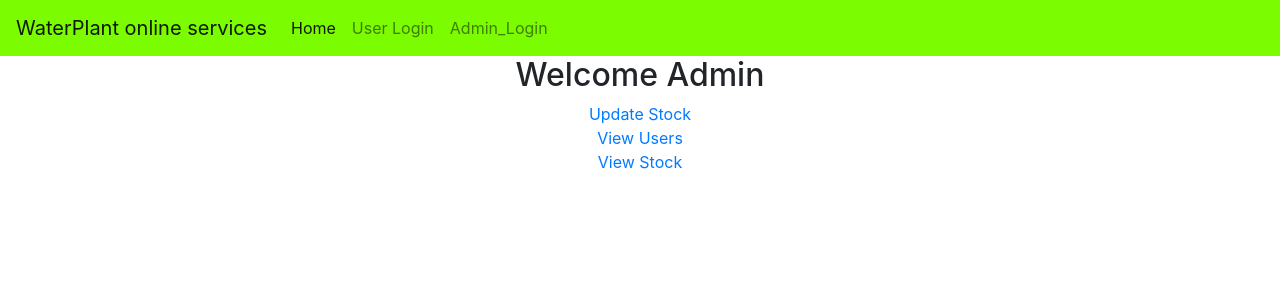
Repository: SHARMILAG97/WebApplication
Page: http://localhost/waterplant_web/admin.jsp
The author's editor kept a copy of each file at every save. The page is drawn from the files as they stood at one save, then again after the next save.
The browser window is 1280 px wide. The pictures show the whole page.
The page is served by Tomcat 9. Other server files are loaded and not shown.

Above is the page before, as saved 2019-09-18 08:48:54.
Console error: TypeError: Cannot read properties of undefined (reading 'fn')

### waterplant_web/src/main/webapp/admin.jsp
<html>
<head>
<title>Admin</title>

<link rel="stylesheet" href="css/bootstrap.min.css">
<script src="js/bootstrap.min.js"></script>

</head>
<body style="text-align:center">
<jsp:include page="headers.jsp"></jsp:include>
<h2>Welcome Admin</h2>
<form >

<div class="container-fluid">
        <div class="row">
            <div class="col">
<a href="updatestock.jsp">Update Stock</a> <br/>
	<a href="viewusers.jsp">View Users</a> <br/>
	<a href="viewstock.jsp">View Stock</a> <br/>
</div>
</div>
</div>


</form>


</body>
</html>

### waterplant_web/src/main/webapp/headers.jsp

<nav class="navbar navbar-expand-md navbar-light" style="background-color: #7CFC00;">
 <a class="navbar-brand" href="index.jsp">WaterPlant online services</a>
 <button class="navbar-toggler" type="button" data-toggle="collapse" data-target="#navbarCollapse" aria-controls="navbarCollapse" aria-expanded="false" aria-label="Toggle navigation">
   <span class="navbar-toggler-icon"></span>
 </button>
 <div class="collapse navbar-collapse" id="navbarCollapse">
   <ul class="navbar-nav mr-auto">
     <li class="nav-item active">
       <a class="nav-link" href="index.jsp">Home</a>
     </li>

     <li class="nav-item">
       <a class="nav-link " href="userlogin.jsp">User Login</a>
     </li>
     <li class="nav-item">
       <a class="nav-link " href="adminlogin.jsp">Admin_Login</a>
     </li>
   </ul>
 <!--   <form class="form-inline mt-2 mt-md-0">
   <input class="form-control mr-sm-2" type="text" placeholder="Search" aria-label="Search">
     <button class="btn btn-outline-success my-2 my-sm-0" type="submit">Search</button>
   </form>-->
 </div>
</nav>

Loaded but not shown: waterplant_web/src/main/webapp/css/bootstrap.min.css (library); waterplant_web/src/main/webapp/js/bootstrap.min.js (library)

After the next save:
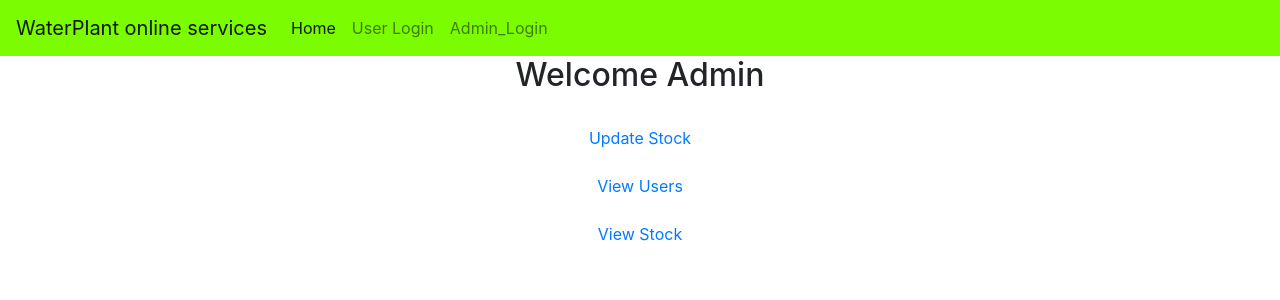
Saved 19 s later.
--- a/waterplant_web/src/main/webapp/admin.jsp
+++ b/waterplant_web/src/main/webapp/admin.jsp
@@ -8,15 +8,15 @@
 </head>
 <body style="text-align:center">
 <jsp:include page="headers.jsp"></jsp:include>
-<h2>Welcome Admin</h2>
+<h2>Welcome Admin</h2><br/>
 <form >
 
 <div class="container-fluid">
         <div class="row">
             <div class="col">
-<a href="updatestock.jsp">Update Stock</a> <br/>
-	<a href="viewusers.jsp">View Users</a> <br/>
-	<a href="viewstock.jsp">View Stock</a> <br/>
+<a href="updatestock.jsp">Update Stock</a> <br/><br/>
+	<a href="viewusers.jsp">View Users</a> <br/><br/>
+	<a href="viewstock.jsp">View Stock</a> <br/><br/>
 </div>
 </div>
 </div>
